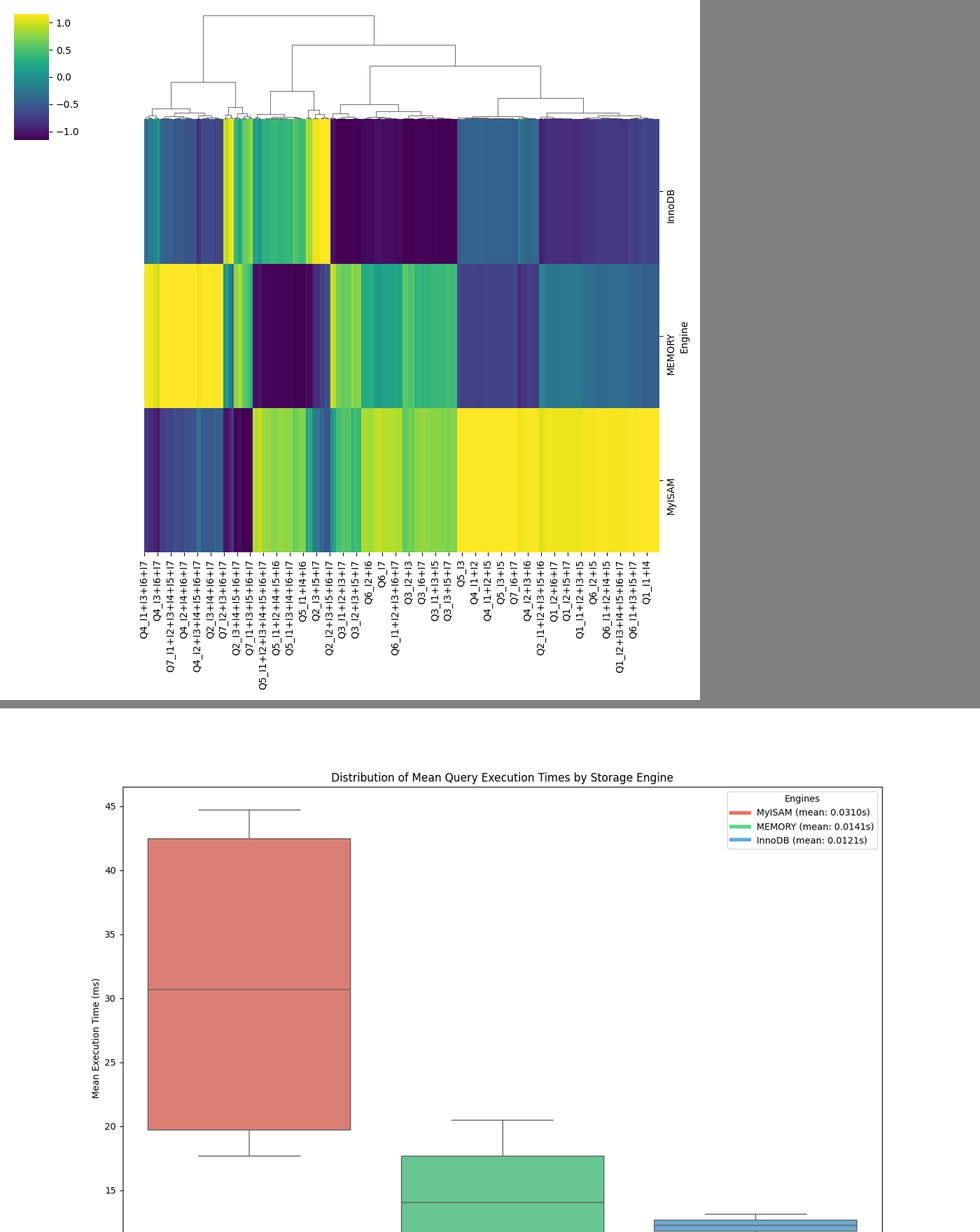
Repository: MarioPasc/Base-de-Datos-Microbiomas
Script's output: python src/mysql_performance_analysis.py
The author's editor kept a copy of each file at every save. The script's output is drawn from the files as they stood at one save, then again after the next save.
The pictures show rows 0 to 1760 of an output 5926 px tall, at 70% of full size.
Each picture stacks the figures in order, with grey between them; figures that are only written to a file come last. Figures wider than 1,400 px are first shrunk to that width. Random numbers start from a fixed seed.

Above is the script's output before, as saved 2024-06-08 10:06:53.

After the next save:
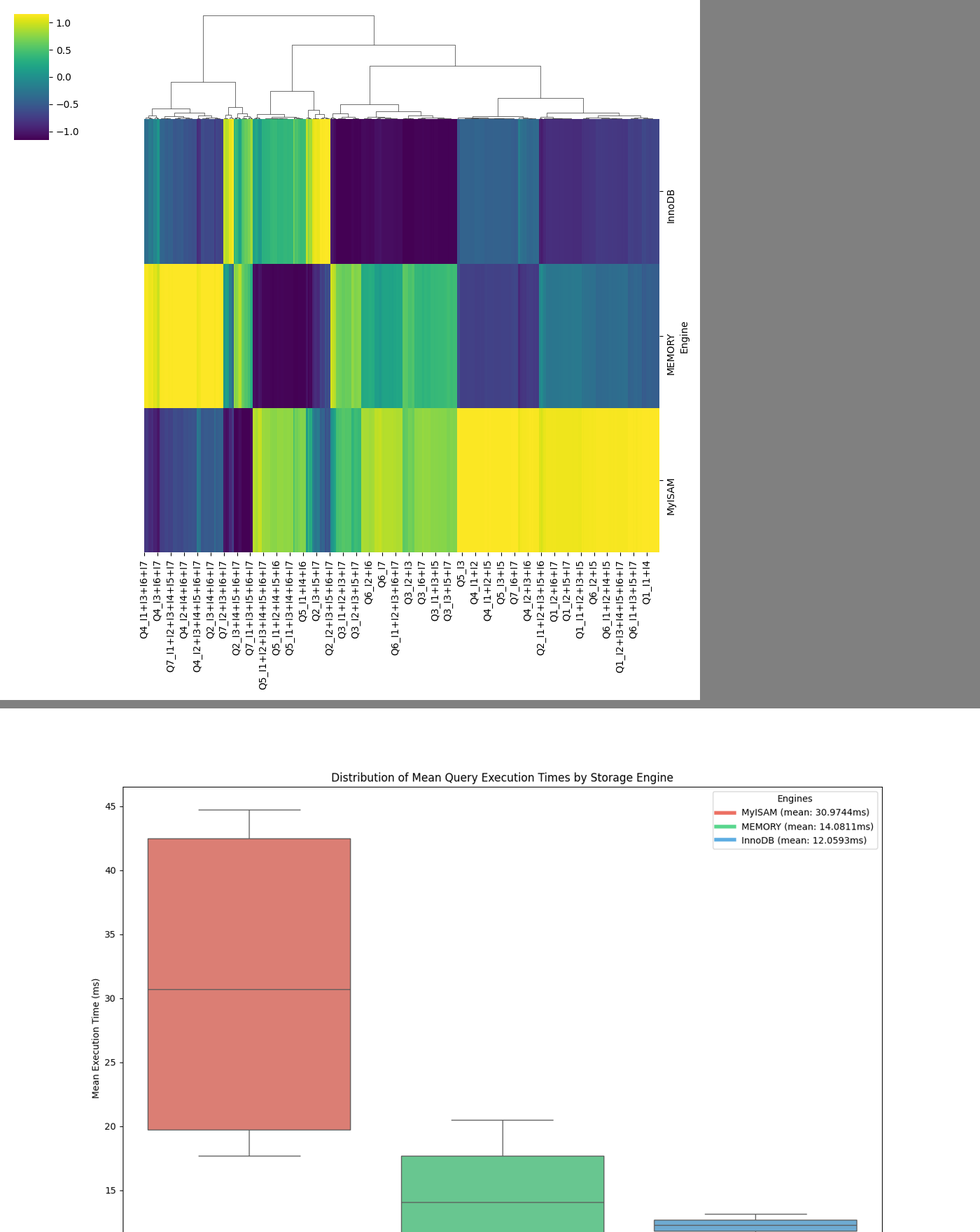
Saved 8 s later.
--- a/src/mysql_performance_analysis.py
+++ b/src/mysql_performance_analysis.py
@@ -60,7 +60,7 @@
         plt.title("Distribution of Mean Query Execution Times by Storage Engine")
 
         # Add the mean times to the legend
-        legend_labels = [f'{engine} (mean: {mean_times[engine]/1000:.4f}s)' for engine in engine_order]
+        legend_labels = [f'{engine} (mean: {mean_times[engine]:.4f}ms)' for engine in engine_order]
         handles = [plt.Line2D([0], [0], color=palette[engine], lw=4) for engine in engine_order]
         plt.legend(handles, legend_labels, title="Engines")
 

After the save that followed:
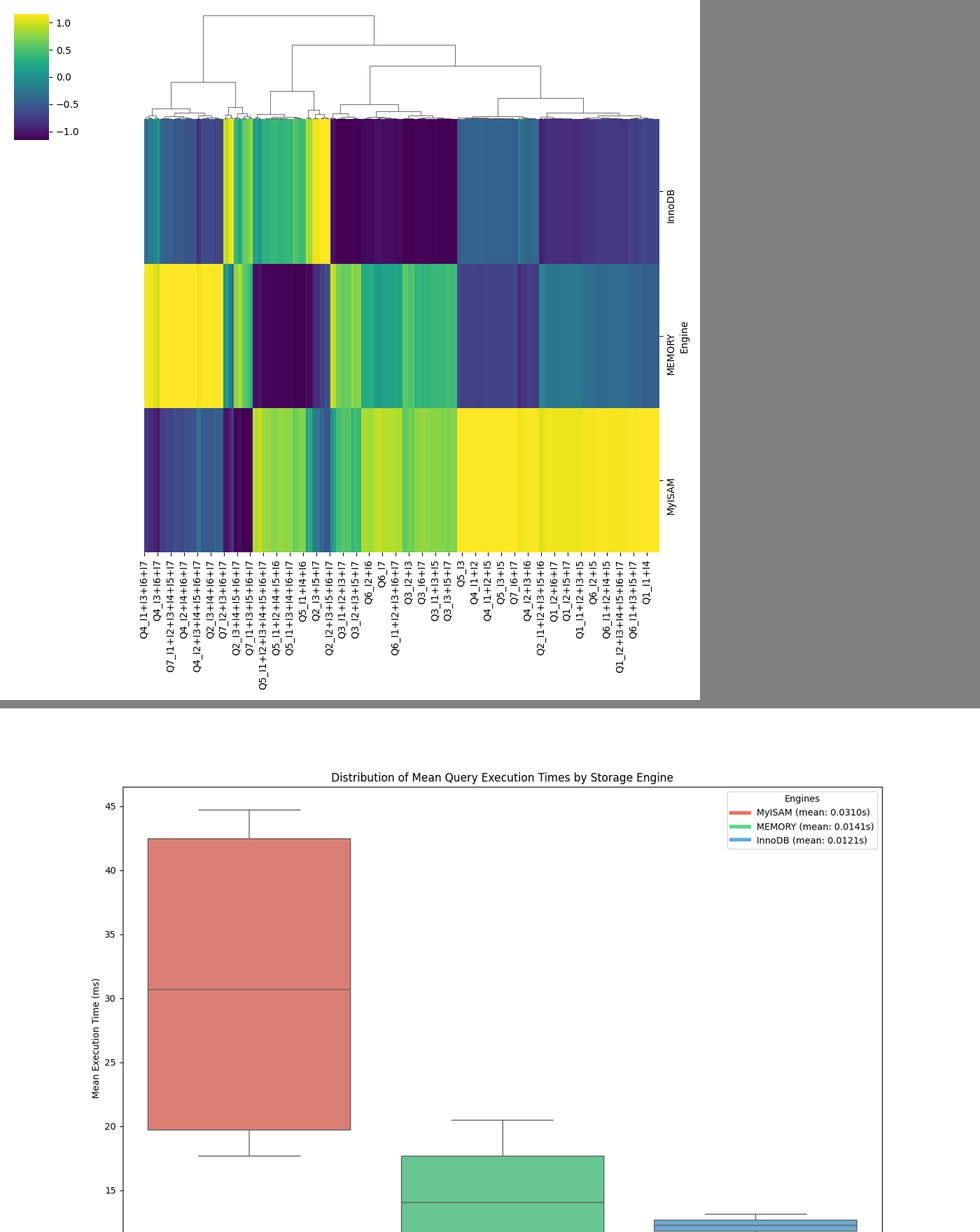
Saved 12 s later.
--- a/src/mysql_performance_analysis.py
+++ b/src/mysql_performance_analysis.py
@@ -60,7 +60,7 @@
         plt.title("Distribution of Mean Query Execution Times by Storage Engine")
 
         # Add the mean times to the legend
-        legend_labels = [f'{engine} (mean: {mean_times[engine]:.4f}ms)' for engine in engine_order]
+        legend_labels = [f'{engine} (mean: {mean_times[engine]/1000:.4f}s)' for engine in engine_order]
         handles = [plt.Line2D([0], [0], color=palette[engine], lw=4) for engine in engine_order]
         plt.legend(handles, legend_labels, title="Engines")
 
